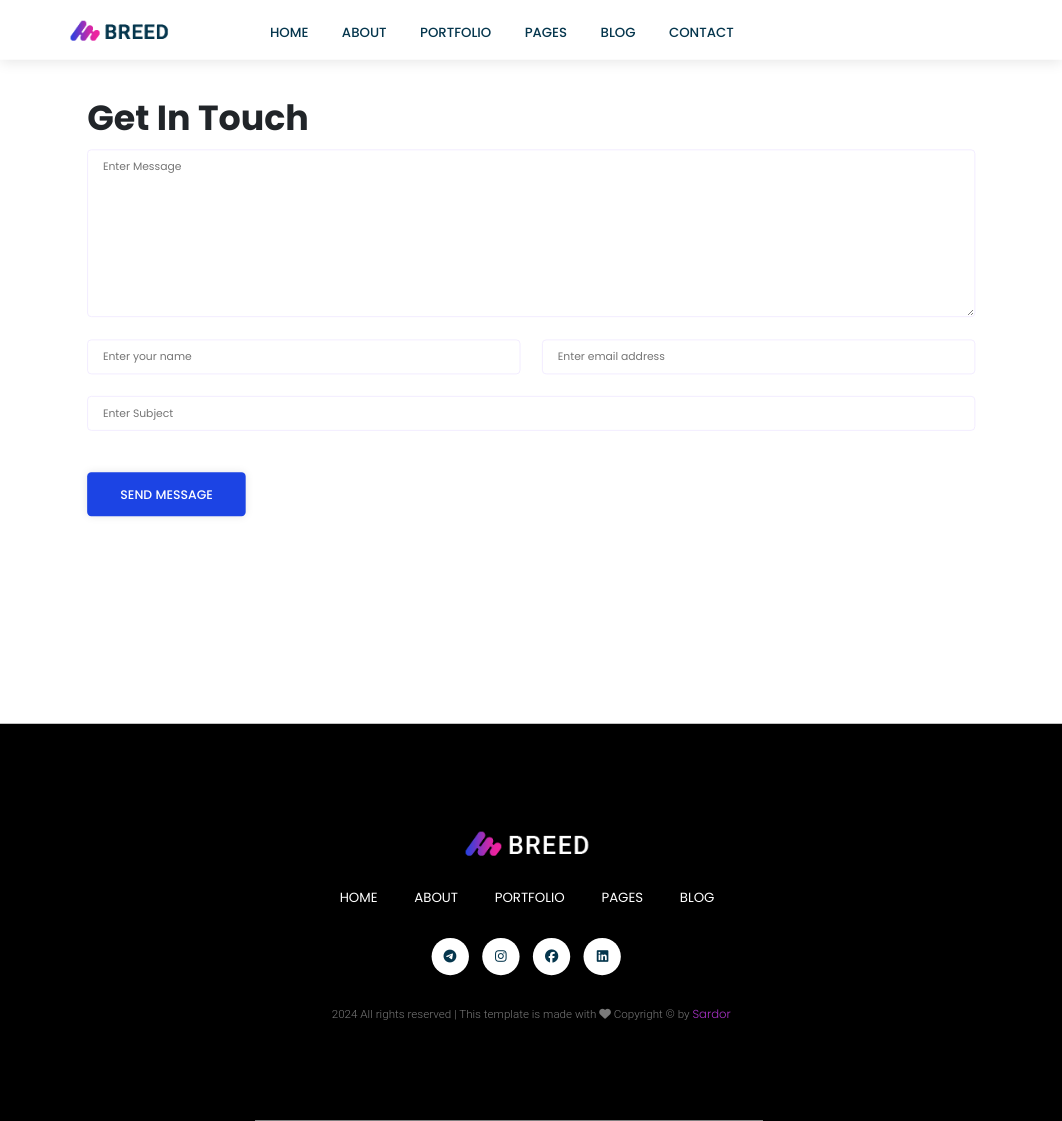
Repository: whoami2991/Sardorbek-Portfolio---Home
Page: contact.html
An editor plug-in stored every save of this project. The page is shown before and after the next save, followed by the edit.
The browser window is 1280 px wide. The pictures show the whole page, at 83% of full size.

Above is the page before, as saved 2024-07-22 13:24:35.

### contact.html
<!DOCTYPE html>
<html lang="en">
<head>
    <meta charset="UTF-8">
    <meta name="viewport" content="width=device-width, initial-scale=1.0">
    <title>Portfolio - Contact</title>
    <link rel="stylesheet" href="shared.css">
    <link rel="stylesheet" href="contact.css">
    <link rel="stylesheet" href="https://cdnjs.cloudflare.com/ajax/libs/font-awesome/6.5.1/css/all.min.css" integrity="sha512-DTOQO9RWCH3ppGqcWaEA1BIZOC6xxalwEsw9c2QQeAIftl+Vegovlnee1c9QX4TctnWMn13TZye+giMm8e2LwA==" crossorigin="anonymous" referrerpolicy="no-referrer" />
    <link rel="icon" href="icons8-briefcase-94.png" type="image/png">
    <link href='https://unpkg.com/boxicons@2.1.4/css/boxicons.min.css' rel='stylesheet'>
</head>
<body>
    <!--Header section-->
    <header class="main-header">
        <div class="wrapper">
            <div class="brand">
                <a href="index.html">
                    <img src="logo.png" alt="logo">
                </a>
            </div>
            <nav class="main-navigation">
                <ul class="main-navigation__items">
                    <li class="main-navigation__item">
                        <a href="/index.html">Home</a>
                    </li>
                    <li class="main-navigation__item">
                        <a href="#">About</a>
                    </li>
                    <li class="main-navigation__item">
                        <a href="#">Portfolio</a>
                    </li>
                    <li class="main-navigation__item">
                        <a href="#">Pages</a>
                    </li>
                    <li class="main-navigation__item">
                        <a href="#">Blog</a>
                    </li>
                    <li class="main-navigation__item">
                        <a href="#">Contact</a>
                    </li>
                </ul>
            </nav>
        </div>
    </header>
    <div class="wrapper">
        <section class="contact">
            <div class="section-title">Get in Touch</div>
            <form action="/server.php" method="get">
                <textarea name="message" id="message" cols="30" rows="9" placeholder="Enter Message"></textarea>
                <div class="half-row contact_firstname">
                    <input type="text" placeholder="Enter your name" name="firsname">
                </div>
                <div class="half-row contact_email">
                    <input type="email" placeholder="Enter email address" name="email">
                </div>
                <input class="input_enter" type="text" placeholder="Enter Subject" name="subject">
                <button class="button to-uppercase contact_send" type="submit">Send message</button>
            </form>
        </section>
    </div>
    <!--Footer section-->
    <footer class="footer-area">
        <div class="wrapper">
            <section class="footer">
                <div class="footer-logo">
                    <a href="#">
                        <img src="logo2.png" alt="footer logo">
                    </a>
                    <div class="footer-nav">
                        <nav class="footer-main_nav">
                            <ul class="footer-main_nav-items">
                                <li class="nav-item">
                                    <a href="#">Home</a>
                                </li>
                                <li class="nav-item">
                                    <a href="#">about</a>
                                </li>
                                <li class="nav-item">
                                    <a href="#">portfolio</a>
                                </li>
                                <li class="nav-item">
                                    <a href="#">pages</a>
                                </li>
                                <li class="nav-item">
                                    <a href="#">blog</a>
                                </li>
                            </ul>
                        </nav>
                    </div>

                </div>
                <div class="footer-social">
                    <a href="https://t.me/ism018"><i class="fa-brands fa-telegram"></i></a>
                    <a href="https://www.instagram.com/imsard0r/" class="social-instagram_color"><i class="fa-brands fa-instagram"></i></a>
                    <a href="https://www.facebook.com/sardorbek.ismoilov.545/"><i class="fa-brands fa-facebook"></i></a>
                    <a href="https://www.linkedin.com/in/sardor-ismoilov/"><i class="fa-brands fa-linkedin"></i></a>
                </div>
                    <div class="footer-bottom">
                        <p class="col-lg-8 col-sm-12 footer-text"><script>document.write(new Date().getFullYear());</script> All rights reserved | This template is made with <i class="fa fa-heart" aria-hidden="true"></i>
                            Copyright © by <a href="https://t.me/ism018" target="_blank">Sardor</a>
                        </p>
                    </div>
            </section>
        </div>
    </footer>
</body>
</html>

### shared.css
@import url("https://fonts.googleapis.com/css2?family=Poppins:wght@300;400;500;600;700;800;900&display=swap");
/*===============Core styles===============*/
* {
    font-family: "Poppins", sans-serif;
    box-sizing: border-box;
}
body{

    margin: 0;
}
.wrapper{
    width: 1110px;
    margin: 0 auto;
}
.section-subtitle{
    letter-spacing: 2px;
    font-weight: 500;
    color: #797979;
    text-transform: uppercase;
    margin: 5px 0 0;
    font-size: 15px;
    font-weight: 600;
}
.section-title{
    font-size: 42px;
    font-weight: 700;
    text-transform: capitalize;
    color: #212529;
    margin: 15px 0 0 0;
    line-height: 55px;
}

.blur-line{
    display: inline-block;
    vertical-align: middle;
    margin-left: 5px;
    width: 80px;
    height: 4px;
    background: rgba(237,35,159,0.6);
    filter: blur(4px);
}
.button{
    border: none;
    background-color: #1c44e4;
    color: #fff;
    font-weight: 500;
    font-size: 15px;
    padding: 15px 40px;
    cursor: pointer;
    border-radius: 5px;
    box-shadow: 0 0 10px rgba(0, 0, 0, 0.1);
    -webkit-transition-duration: 0.3;
    transition-duration: 0.3;
    -webkit-transition-property: box-shadow, transform;
    transition-property: box-shadow, transform;
}
.button:hover, .button:focus, button:active{
    box-shadow: 0 0 20px rgba(0, 0, 0, 0.5);
    -webkit-transform: scale(1.1);
    transform: scale(1.1);
}
.to-uppercase{
    text-transform: uppercase;
}
.clearfix{
    clear: both;
}
/*===============Header styles==============*/
.main-header{
    position: fixed;
    z-index: 10;
    background-color: #fff;
    width: 100%;
    top: 0;
    left: 0;
    box-shadow: 0px 3px 16px 0px rgb(0 0 0 / 10%);
}
.brand {
    display: inline-block;
    margin-top: 25px;
    border-style: none;
    margin-right: 60px;
}
.main-navigation{
    display: inline-block;
    vertical-align: top;
    padding-top: 5px;
}
.main-navigation__item{
    display: inline-block;
    padding: 5px 18px;
}
.main-navigation__item a{
    color: #05364D;
    text-decoration: none;
    font-weight: 500;
    text-transform: uppercase;
    transition: 0.5s;
}
.main-navigation__item a:hover{
    color: #1c44e4;
}
/*==============Footer section styles=================*/
.footer-area{
    margin-top: 150px;
    padding-top: 130px;
    background-color: #000;
}
.footer-logo{
    text-align: center;
    display: block;
    margin-left: -10px;
}
.footer-nav{
    padding-top: 15px;
}
.footer-main_nav{
    text-decoration: none;
    margin-left: -40px;
}
.footer-main_nav-items{
    list-style: none;
    display: inline-block;
}
.footer-main_nav-items li{
    display: inline-block;
    padding: 0 20px 0;
}
.footer-main_nav-items a{
    display: inline-block;
    text-transform: uppercase;
    text-decoration: none;
    color: #fff;
}
.footer-social {
    padding: 20px;
    align-items: center;
    text-align: center;
}
.footer-social a{
    display: inline-block;
    width: 45px;
    height: 45px;
    line-height: 45px;
    text-align: center;
    background: #ffffff;
    border-radius: 36px;
    color: #05364d;
    font-size: 16px;
    margin-right: 12px
}
.footer-social a:hover{
    transition: 0.4s;
    background: linear-gradient(90deg, #1345e6 0%, #ed239f 100%);
    color: #fff;
}
.footer-bottom{
    padding-top: 0px;
    padding-bottom: 100px;
}
.footer-bottom p{
    text-align: center;
    font-size: 14px;
    line-height: 27px;
    font-weight: 300;
    font-family: "Roboto",sans-serif;
    color: #797979;
}
.footer-bottom a{
    color: #a932c7;
    text-decoration: none;
}

### contact.css
.contact{
    padding: 100px 20px;
}
textarea, input{
    width: 100%;
    padding: 10px;
    margin-bottom: 10px;
    margin-top: 10px;
    border: 1px solid #f0e9ff;
    border-radius: 5px;
    padding-left: 18px;
    font-size: 13px;
    background: transparent;
    color: #495057;
}
.input_enter{
    margin-top: 16px;
}
textarea:focus,
input:focus{
    outline: 0;
}
.half-row{
    width: 50%;
    float: left;
    box-sizing: border-box;
}
.contact_firstname{
    padding-right: 13px;
}
.contact_email{
    padding-left: 13px;
}
.contact_send{
    margin-top: 40px;

}

After the next save:
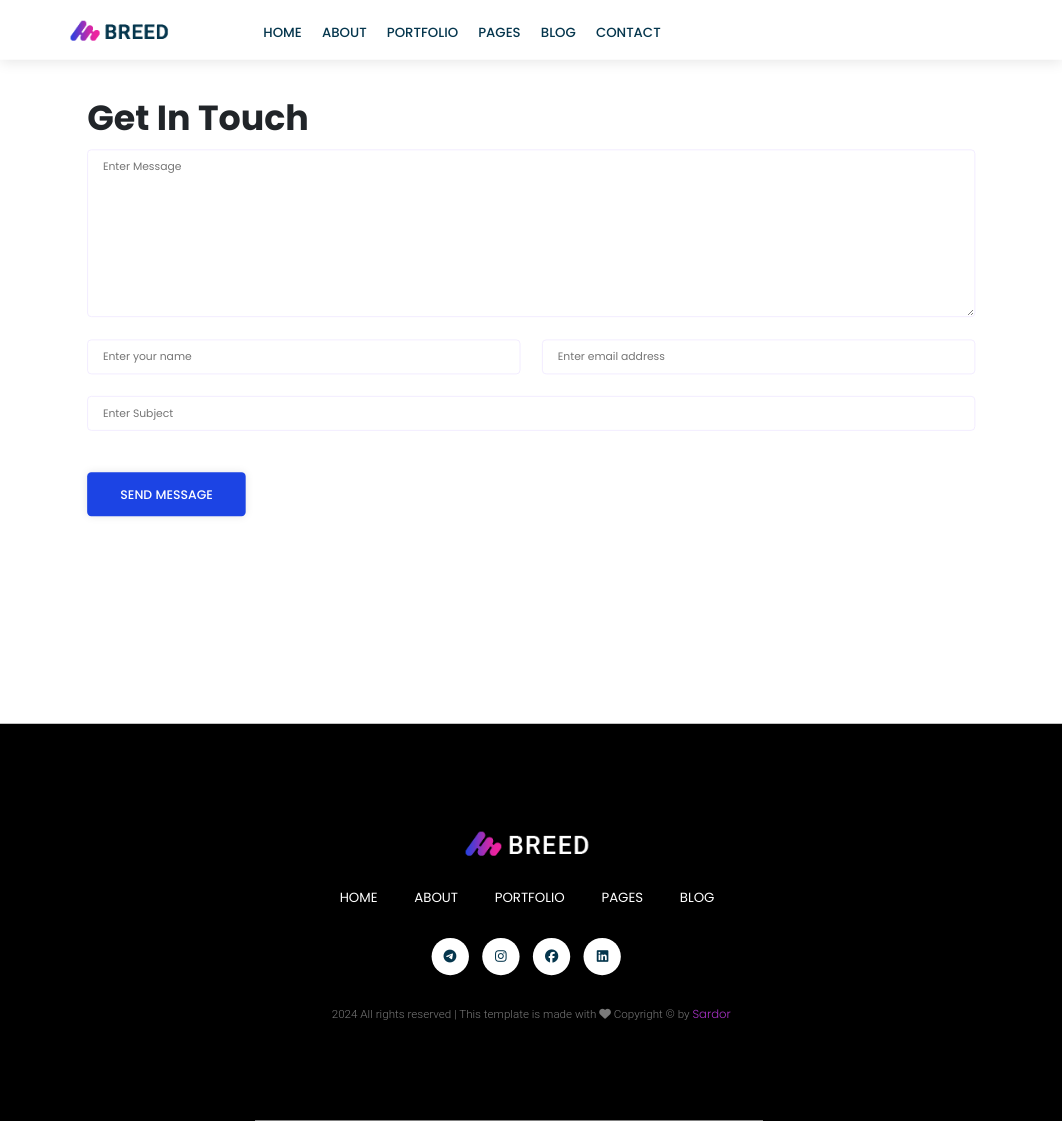
Saved 10 s later.
--- a/shared.css
+++ b/shared.css
@@ -88,7 +88,7 @@ body{
 }
 .main-navigation__item{
     display: inline-block;
-    padding: 5px 18px;
+    padding: 5px 10px;
 }
 .main-navigation__item a{
     color: #05364D;
